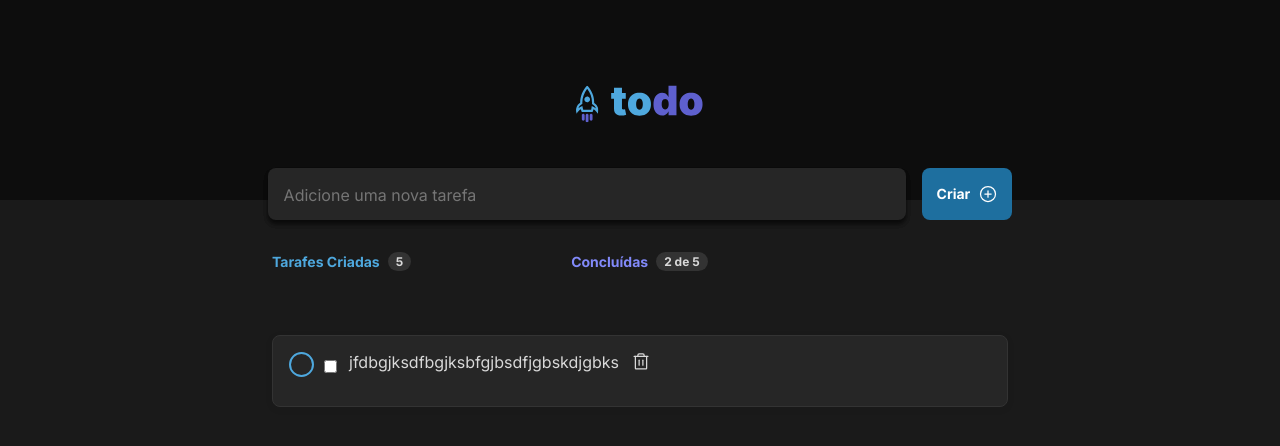
Repository: guilhermecardoso93/todolistreact
Page: /
The author's editor kept a copy of each file at every save. The page is drawn from the files as they stood at one save, then again after the next save.
The browser window is 1280 px wide. The pictures show the whole page.
The project was rebuilt for these pictures with package versions that can differ from the ones it lists, and the page was loaded fresh each time. Also part of the build but not shown: vite.config.ts.

Above is the page before, as saved 2022-07-04 23:03:58.

After the next save:
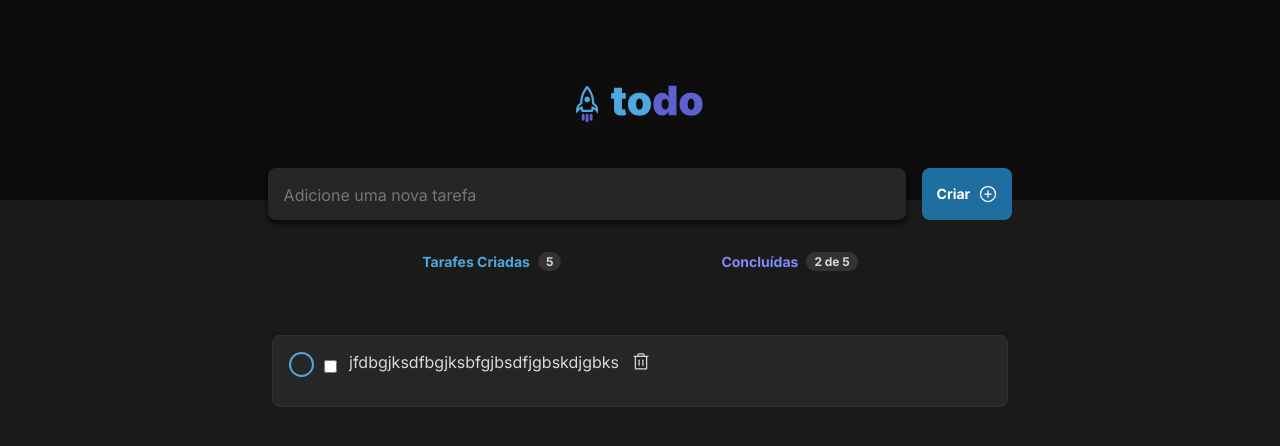
Saved 33 s later.
--- a/src/Tasks.module.css
+++ b/src/Tasks.module.css
@@ -16,7 +16,8 @@
 
 .titles {
   display: flex;
-  gap:10rem;
+  gap: 10rem;
+  margin: auto;
 }
 
 .titlesMake,
